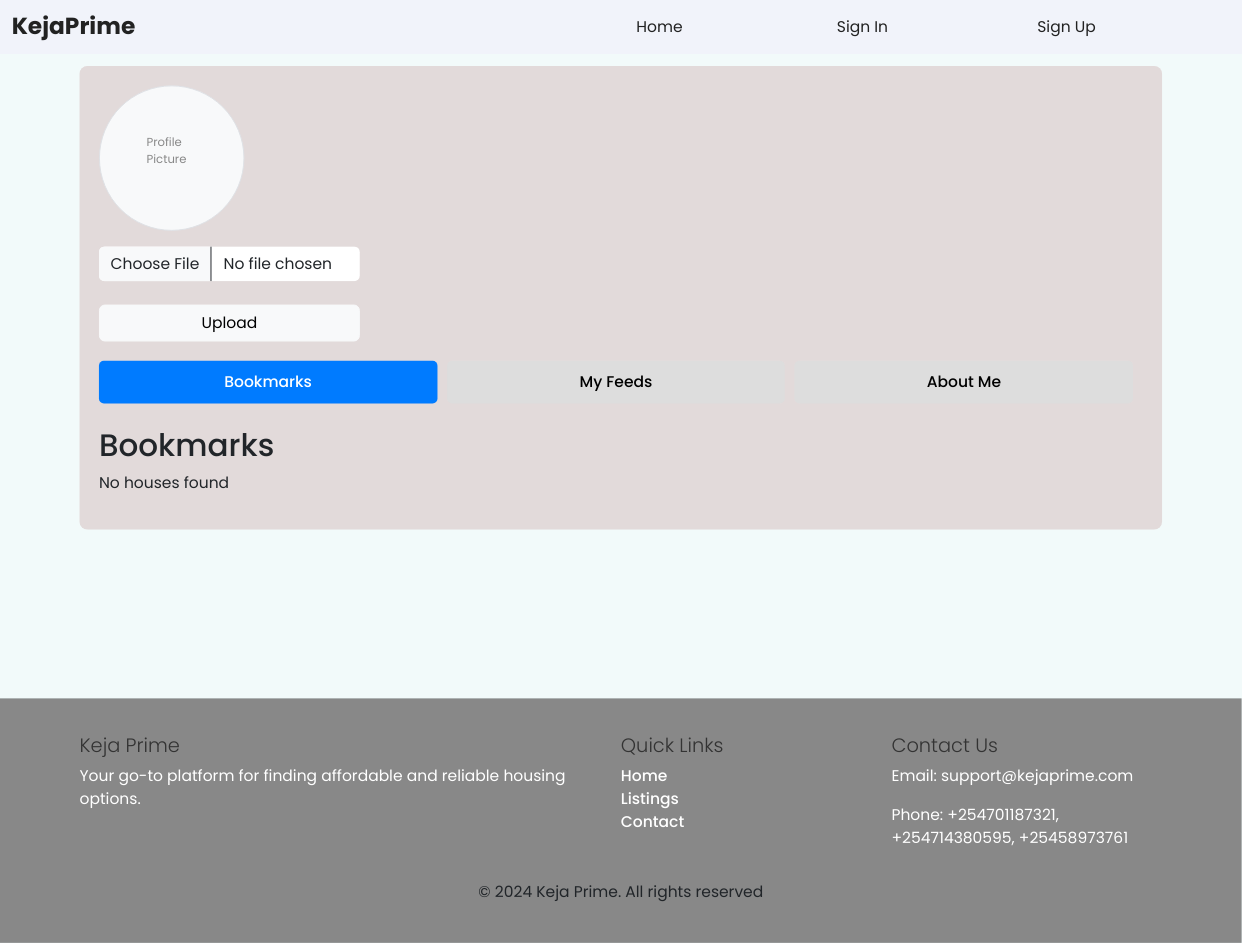
Repository: Pascal7601/kejaPrime
Page: /profile (app in frontend/)
An editor plug-in stored every save of this project. The page is shown before and after the next save, followed by the edit.
The browser window is 1280 px wide. The pictures show the whole page, at 97% of full size.
The page's requests for data from a server got no answer. The project was rebuilt for these pictures with package versions that can differ from the ones it lists, and the page was loaded fresh each time. No one was signed in, and anything a server would have sent is missing. Also part of the build but not shown: frontend/vite.config.js, frontend/src/styles/HeroSection.css, frontend/src/components/HeroSection.jsx, frontend/src/pages/Home.jsx, frontend/src/components/Houses.jsx, frontend/src/pages/Listings.jsx, frontend/src/styles/PostHouse.css, frontend/src/pages/PostHouse.jsx and 10 more.

Above is the page before, as saved 2024-10-22 11:43:27.

After the next save:
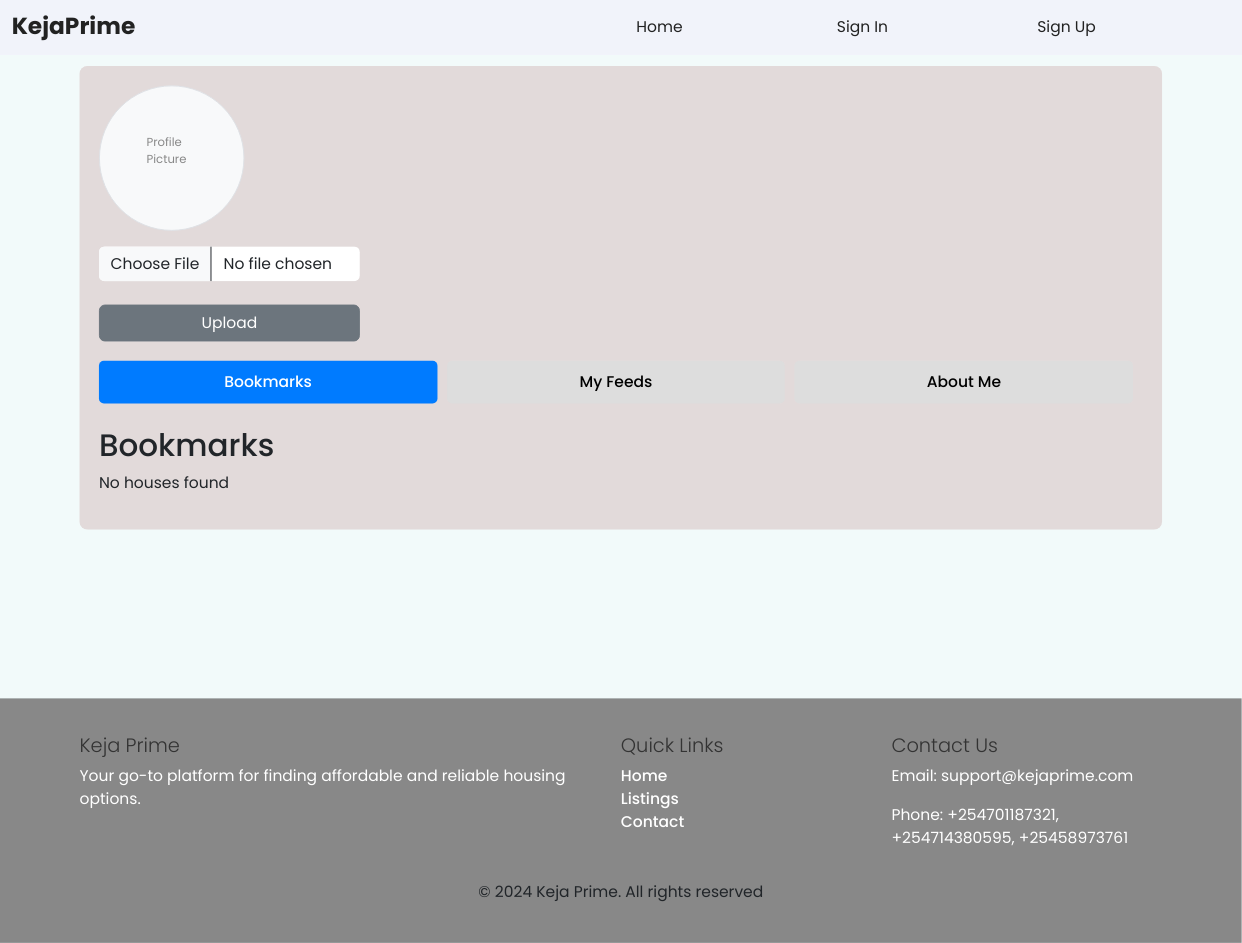
Saved 36 s later.
--- a/frontend/src/components/Profile.jsx
+++ b/frontend/src/components/Profile.jsx
@@ -214,7 +214,7 @@ function Profile() {
                 </div>
               )}
               <input type="file" onChange={handleFileChange} accept="image/*" className="form-control w-25 my-3" />
-              <button onClick={handleFileUpload} className="btn btn-light w-25 mt-2">Upload</button>
+              <button onClick={handleFileUpload} className="btn btn-secondary w-25 mt-2">Upload</button>
             </div>
           </div>
           {/* Navigation Tabs */}
